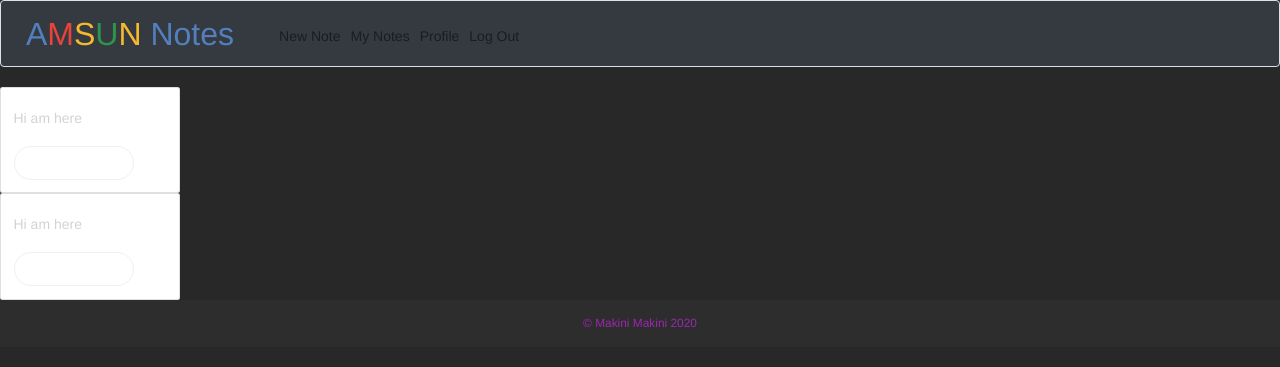
Repository: MakiniMakini/AMSUN-NOTES
Page: http://localhost/my_notes
The author's editor kept a copy of each file at every save. The page is drawn from the files as they stood at one save, then again after the next save.
The browser window is 1280 px wide. The pictures show the whole page.
Some web fonts or font styles are not loaded; a fallback is used. The page is served by the project's application, run on Flask 3 (application.py). The session is filled in as if someone had signed in: {"user_id": 1}. The page reads the database file committed with the project.

Above is the page before, as saved 2020-12-20 16:40:17.

After the next save:
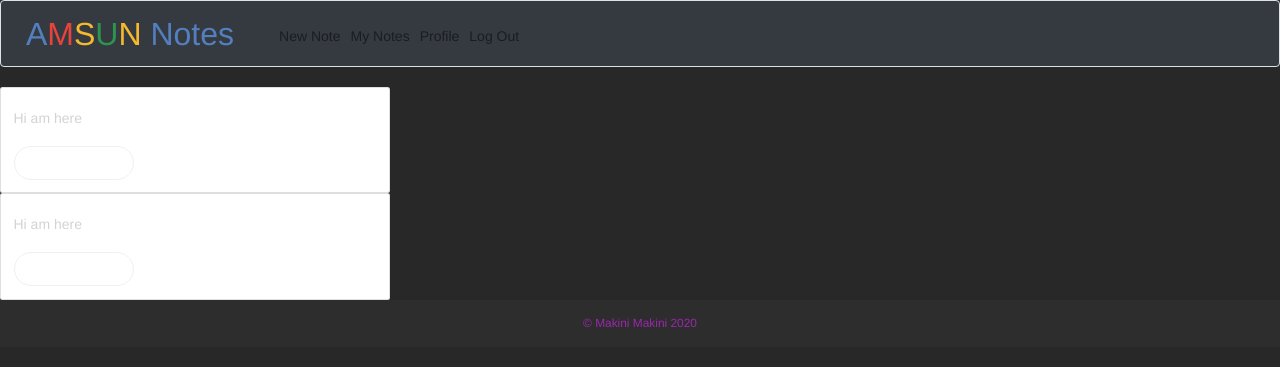
Saved 6 s later.
--- a/templates/my_notes.html
+++ b/templates/my_notes.html
@@ -7,7 +7,7 @@
 {% block main %}
 
 {% for item in notes %}
-<div class="card" style="width: 18rem;">
+<div class="card" style="width: 39rem;">
     <div class="card-body">
 
 
